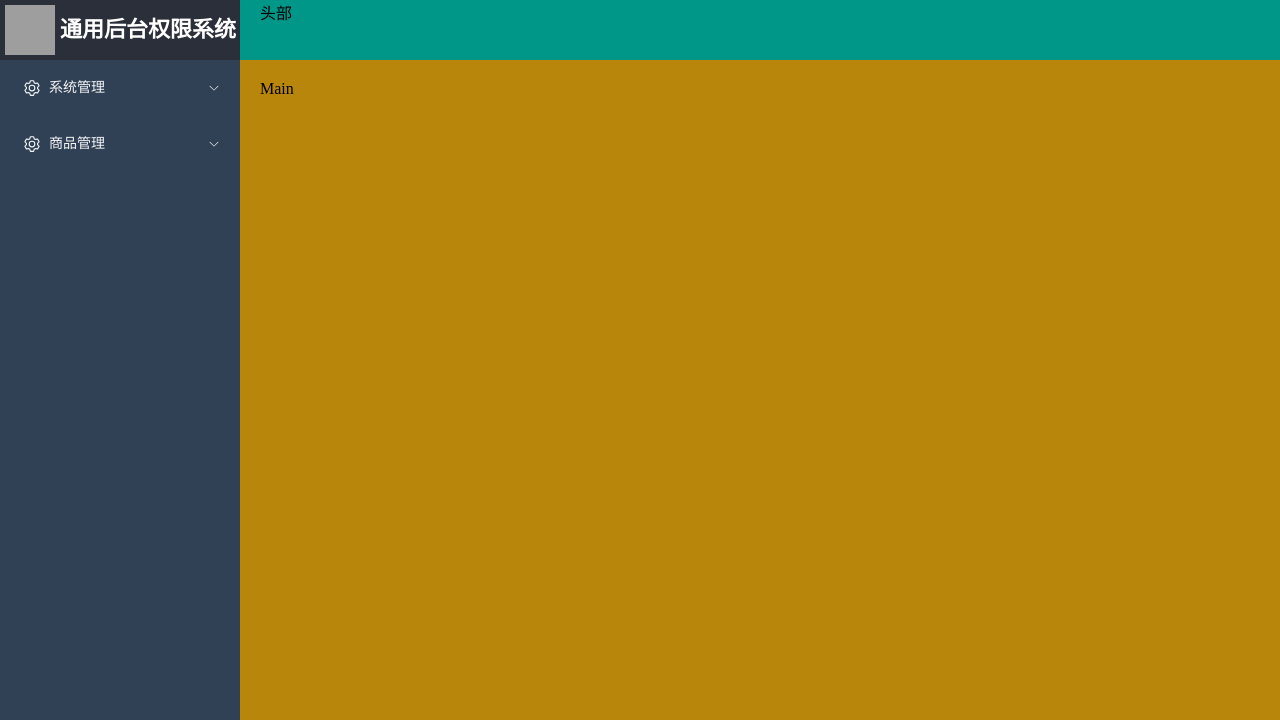
Repository: Langxecho/vite-project
Page: /menuList
An editor plug-in stored every save of this project. The page is shown before and after a run of saves, followed by the edit.
The browser window is 1280 px wide. The pictures show the whole page.
Pictures or frames that could not be fetched are drawn as grey boxes. The project was rebuilt for these pictures with package versions that can differ from the ones it lists, and the page was loaded fresh each time. Also part of the build but not shown: vite.config.ts.

Above is the page before, as saved 2024-11-08 15:23:14.

After the next 2 saves:
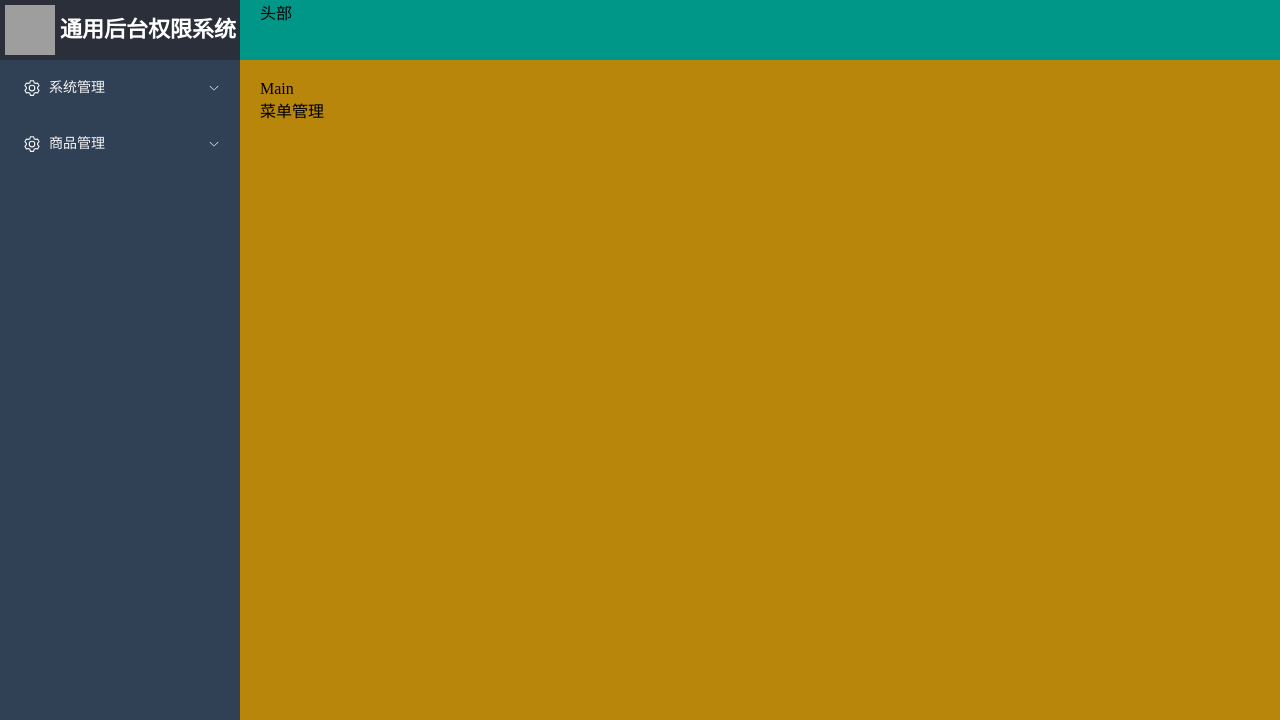
The 2 saves are shown as one change because they came seconds apart.
The last was saved 27 s later.
--- a/src/layout/Index.vue
+++ b/src/layout/Index.vue
@@ -7,14 +7,17 @@
       <el-header class="header">
         <Header />
       </el-header>
-      <el-main class="main"> Main </el-main>
+      <el-main class="main">
+        Main
+        <router-view></router-view>
+      </el-main>
     </el-container>
   </el-container>
 </template>
 
 <script setup lang="ts">
-import Header from '@/layout/header/Header.vue'
-import MenuBar from '@/layout/menu/MenuBar.vue'
+import Header from "@/layout/header/Header.vue";
+import MenuBar from "@/layout/menu/MenuBar.vue";
 </script>
 
 <style lang="scss">
